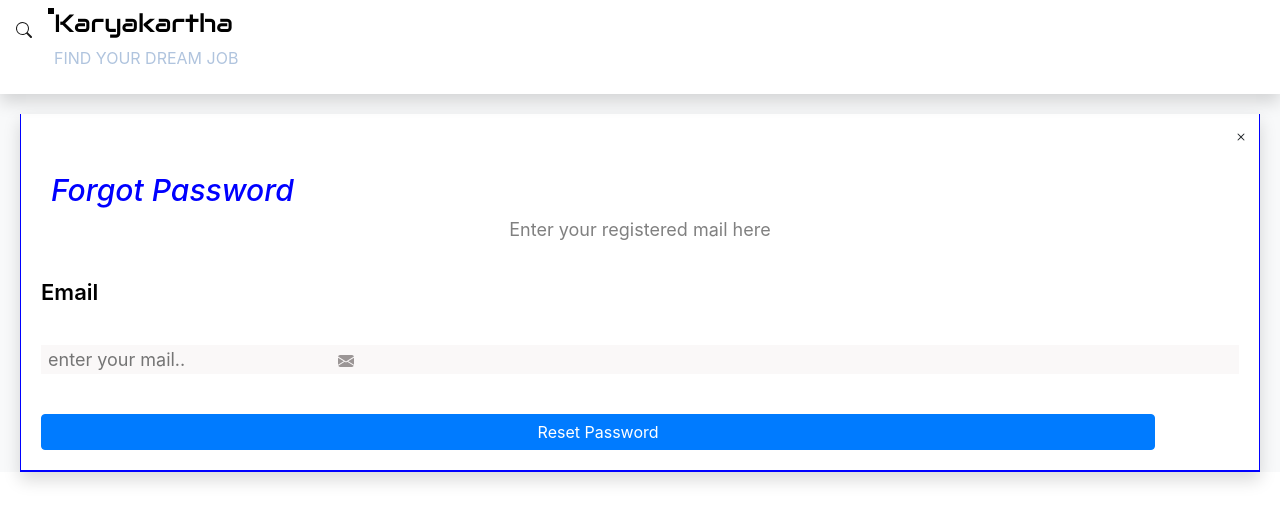
Repository: siri548/Karyakartha
Page: forgotPage.html
The author's editor kept a copy of each file at every save. The page is drawn from the files as they stood at one save, then again after the next save.
The browser window is 1280 px wide. The pictures show the whole page.
Pictures or frames that could not be fetched are drawn as grey boxes.

Above is the page before, as saved 2023-11-04 18:25:02.
Console error (its wording comes from the project's code and is left out).

After the next save:
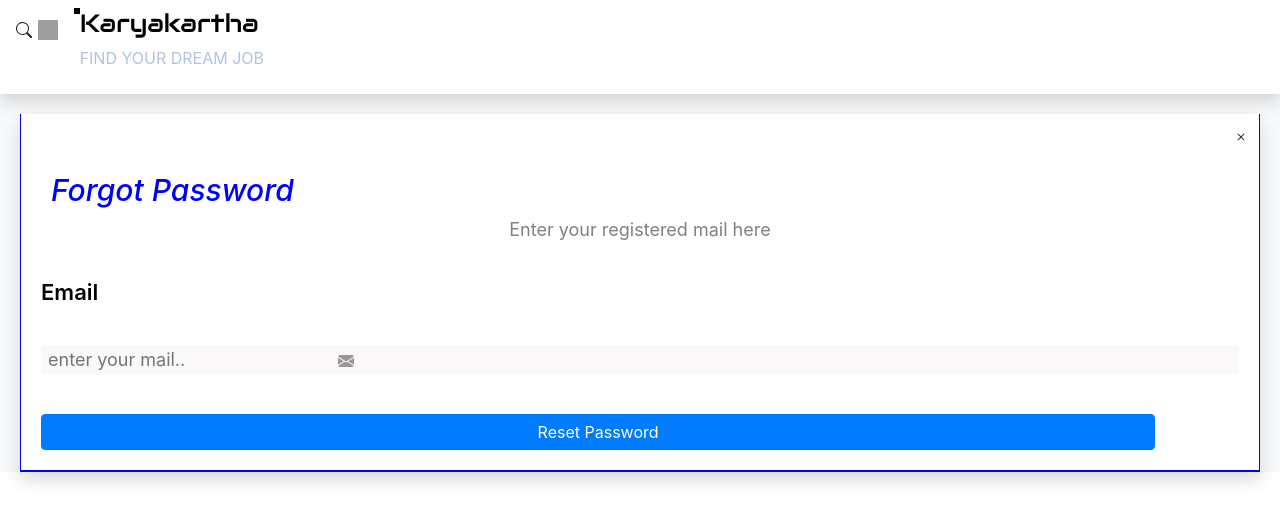
Saved 12 s later.
--- a/forgotPage.html
+++ b/forgotPage.html
@@ -26,7 +26,7 @@
                         <svg xmlns="http://www.w3.org/2000/svg" width="16" height="16" fill="currentColor" class="bi bi-search" viewBox="0 0 16 16">
 <path  d        = "M11.742 10.344a6.5 6.5 0 1 0-1.397 1.398h-.001c.03.04.062.078.098.115l3.85 3.85a1 1 0 0 0 1.415-1.414l-3.85-3.85a1.007 1.007 0 0 0-.115-.1zM12 6.5a5.5 5.5 0 1 1-11 0 5.5 5.5 0 0 1 11 0z"/>
 </svg>
-
+                        <img src="D:\icons\trend.png " class="inner-icon" />
                     </a>
                 </div>
                 <div class="forgotPage-verticlelineBrandname">
